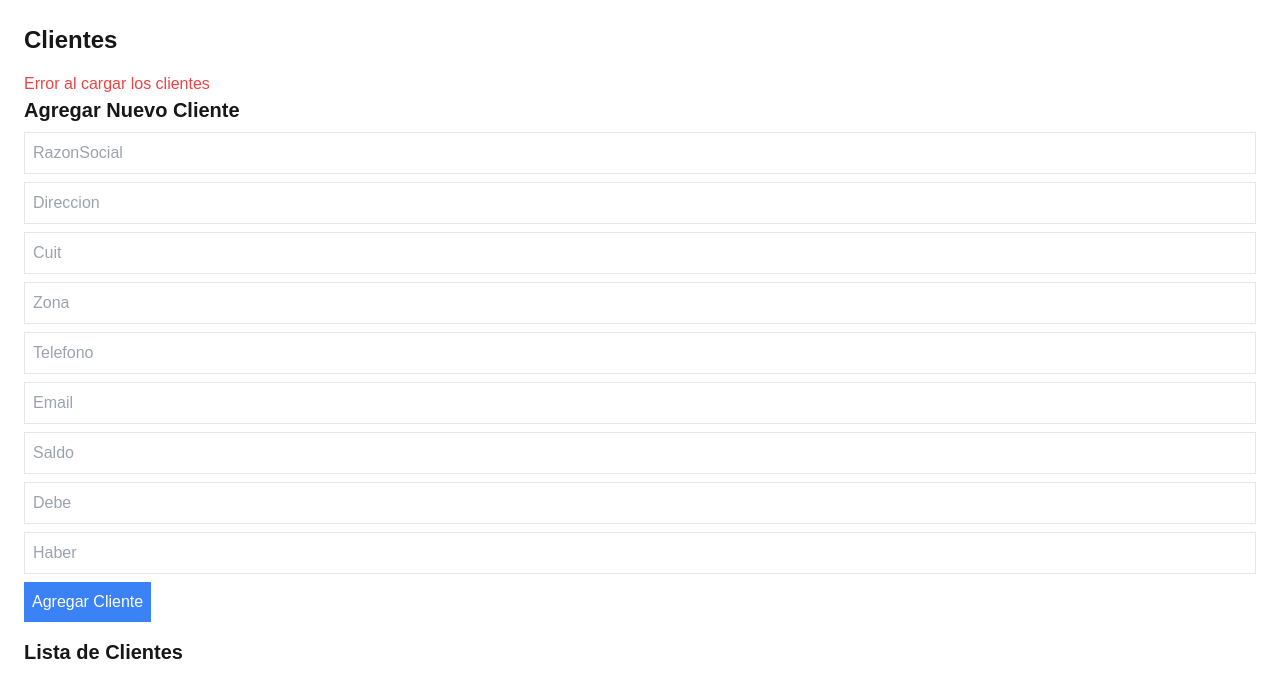
Repository: manucavallera/Sistema-Gestion
Page: /clientes
The author's editor kept a copy of each file at every save. The page is drawn from the files as they stood at one save, then again after the next save.
The browser window is 1280 px wide. The pictures show the whole page.
The page's requests for data from a server got no answer. The project was rebuilt for these pictures with package versions that can differ from the ones it lists, and the page was loaded fresh each time. The framework's server and built-in components were replaced by stand-ins that run in the browser. No one was signed in, and anything a server would have sent is missing. Also part of the build but not shown: next.config.mjs.

Above is the page before, as saved 2024-11-20 18:44:58.

### src/app/clientes/page.tsx
"use client"; // Asegúrate de que este es el primer código en el archivo

import { useEffect, useState } from "react";
import { useRouter } from "next/navigation";

interface Cliente {
  id: number;
  razonSocial: string;
  direccion: string;
  cuit: string;
  zona: string;
  telefono?: string;
  email?: string;
  saldo: number;
  debe: number;
  haber: number;
}

const ClientesPage = () => {
  const [clientes, setClientes] = useState<Cliente[]>([]);
  const [clienteActual, setClienteActual] = useState<Partial<Cliente> | null>(
    null
  );
  const [error, setError] = useState<string | null>(null);
  const [loading, setLoading] = useState<boolean>(false); // Estado de carga

  useEffect(() => {
    const fetchClientes = async () => {
      setLoading(true); // Inicia la carga
      try {
        const response = await fetch("/api/clientes");
        if (!response.ok) throw new Error("Error al obtener clientes");
        setClientes(await response.json());
      } catch (error) {
        console.error(error);
        setError("Error al cargar los clientes");
      } finally {
        setLoading(false); // Finaliza la carga
      }
    };

    fetchClientes();
  }, []);

  const handleSubmit = async (e: React.FormEvent) => {
    e.preventDefault();
    setError(null);

    const method = clienteActual?.id ? "PUT" : "POST";
    const url = clienteActual?.id
      ? `/api/clientes/${clienteActual.id}`
      : "/api/clientes";

    try {
      const response = await fetch(url, {
        method,
        headers: { "Content-Type": "application/json" },
        body: JSON.stringify(clienteActual),
      });

      if (!response.ok)
        throw new Error(
          await response
            .json()
            .then((data) => data.error || "Error al guardar el cliente")
        );

      const clienteGuardado = await response.json();
      setClientes((prev) =>
        method === "POST"
          ? [...prev, clienteGuardado]
          : prev.map((cliente) =>
              cliente.id === clienteGuardado.id ? clienteGuardado : cliente
            )
      );
      setClienteActual(null);
    } catch (error) {
      console.error(error);
      setError(error instanceof Error ? error.message : "Error desconocido");
    }
  };

  const eliminarCliente = async (id: number) => {
    if (confirm("¿Estás seguro de que deseas eliminar este cliente?")) {
      try {
        const response = await fetch(`/api/clientes/${id}`, {
          method: "DELETE",
        });
        if (!response.ok)
          throw new Error(
            await response
              .json()
              .then((data) => data.error || "Error al eliminar el cliente")
          );
        setClientes((prev) => prev.filter((cliente) => cliente.id !== id));
      } catch (error) {
        console.error(error);
        setError(error instanceof Error ? error.message : "Error desconocido");
      }
    }
  };

  const editarCliente = (cliente: Cliente) => setClienteActual(cliente);

  return (
    <div className='p-6'>
      <h1 className='text-2xl font-bold mb-4'>Clientes</h1>
      {error && <p className='text-red-500'>{error}</p>}
      {loading && <p>Cargando clientes...</p>} {/* Indicador de carga */}
      <h2 className='text-xl font-semibold mb-2'>
        {clienteActual ? "Editar Cliente" : "Agregar Nuevo Cliente"}
      </h2>
      <form onSubmit={handleSubmit} className='mb-4'>
        {[
          "razonSocial",
          "direccion",
          "cuit",
          "zona",
          "telefono",
          "email",
          "saldo",
          "debe",
          "haber",
        ].map((field, index) => (
          <input
            key={index}
            type={
              field === "saldo" || field === "debe" || field === "haber"
                ? "number"
                : field === "email"
                ? "email"
                : "text"
            }
            placeholder={field.charAt(0).toUpperCase() + field.slice(1)}
            value={clienteActual?.[field as keyof Cliente] || ""}
            onChange={(e) =>
              setClienteActual({
                ...clienteActual,
                [field]:
                  field === "saldo" || field === "debe" || field === "haber"
                    ? Number(e.target.value)
                    : e.target.value,
              })
            }
            required={field !== "telefono" && field !== "email"}
            className='border p-2 mb-2 w-full'
          />
        ))}
        <button type='submit' className='bg-blue-500 text-white p-2'>
          {clienteActual ? "Actualizar Cliente" : "Agregar Cliente"}
        </button>
      </form>
      <h2 className='text-xl font-semibold mb-2'>Lista de Clientes</h2>
      <ul>
        {clientes.map((cliente) => (
          <li
            key={cliente.id}
            className='flex justify-between items-center mb-2'
          >
            <div>
              <strong>{cliente.razonSocial}</strong> - {cliente.cuit} -{" "}
              {cliente.zona} - Teléfono: {cliente.telefono} - Saldo: $
              {cliente.saldo} - Debe: ${cliente.debe} - Haber: ${cliente.haber}
            </div>
            <div>
              <button
                onClick={() => editarCliente(cliente)}
                className='bg-yellow-500 text-white p-1 mr-2'
              >
                Editar
              </button>
              <button
                onClick={() => eliminarCliente(cliente.id)}
                className='bg-red-500 text-white p-1'
              >
                Eliminar
              </button>
            </div>
          </li>
        ))}
      </ul>
    </div>
  );
};

export default ClientesPage;

Loaded but not shown: src/app/layout.tsx (common file); src/app/globals.css (common file); tailwind.config.ts (common file)

After the next save:
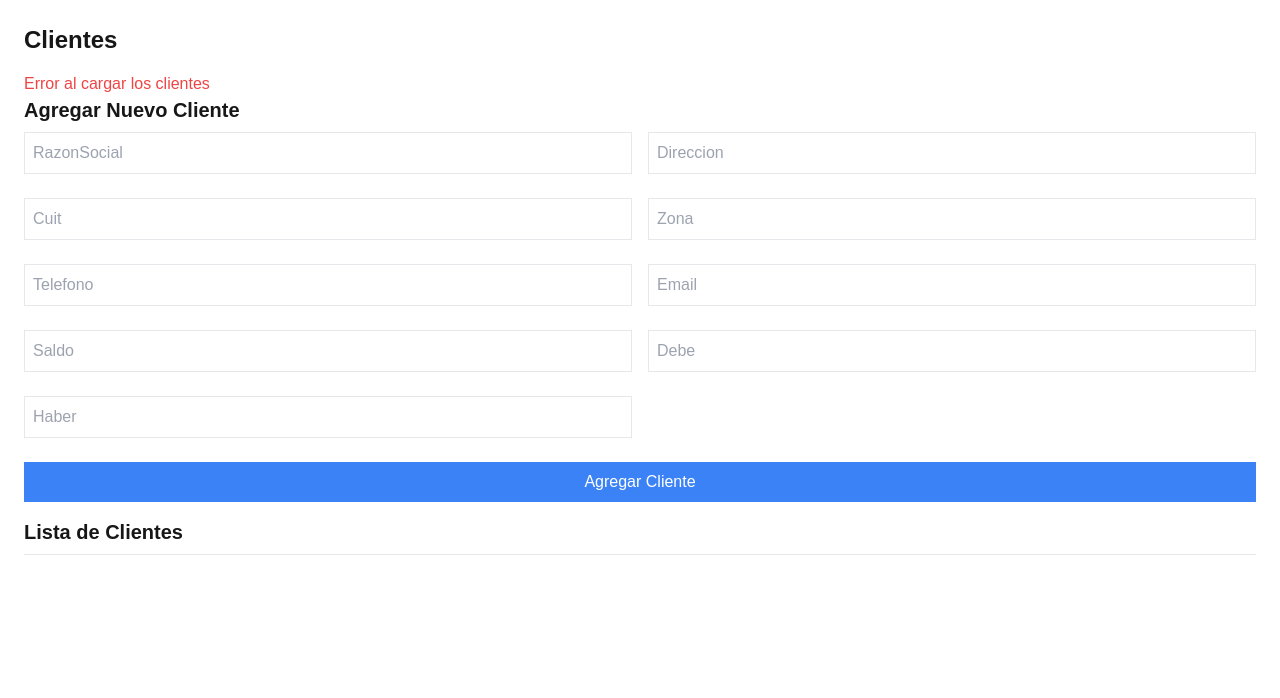
Saved 11 min 13 s later.
--- a/src/app/clientes/page.tsx
+++ b/src/app/clientes/page.tsx
@@ -110,7 +110,7 @@ const ClientesPage = () => {
       <h2 className='text-xl font-semibold mb-2'>
         {clienteActual ? "Editar Cliente" : "Agregar Nuevo Cliente"}
       </h2>
-      <form onSubmit={handleSubmit} className='mb-4'>
+      <form onSubmit={handleSubmit} className='mb-4 grid grid-cols-2 gap-4'>
         {[
           "razonSocial",
           "direccion",
@@ -146,39 +146,42 @@ const ClientesPage = () => {
             className='border p-2 mb-2 w-full'
           />
         ))}
-        <button type='submit' className='bg-blue-500 text-white p-2'>
+        <button type='submit' className='bg-blue-500 text-white p-2 col-span-2'>
           {clienteActual ? "Actualizar Cliente" : "Agregar Cliente"}
         </button>
       </form>
       <h2 className='text-xl font-semibold mb-2'>Lista de Clientes</h2>
-      <ul>
-        {clientes.map((cliente) => (
-          <li
-            key={cliente.id}
-            className='flex justify-between items-center mb-2'
-          >
-            <div>
-              <strong>{cliente.razonSocial}</strong> - {cliente.cuit} -{" "}
-              {cliente.zona} - Teléfono: {cliente.telefono} - Saldo: $
-              {cliente.saldo} - Debe: ${cliente.debe} - Haber: ${cliente.haber}
-            </div>
-            <div>
-              <button
-                onClick={() => editarCliente(cliente)}
-                className='bg-yellow-500 text-white p-1 mr-2'
-              >
-                Editar
-              </button>
-              <button
-                onClick={() => eliminarCliente(cliente.id)}
-                className='bg-red-500 text-white p-1'
-              >
-                Eliminar
-              </button>
-            </div>
-          </li>
-        ))}
-      </ul>
+      <form className='grid grid-cols-1 gap-4'>
+        <ul className='border-t'>
+          {clientes.map((cliente) => (
+            <li
+              key={cliente.id}
+              className='flex justify-between items-center mb-2 border-b py-2'
+            >
+              <div className='flex-1'>
+                <strong>{cliente.razonSocial}</strong> - {cliente.cuit} -{" "}
+                {cliente.zona} - Teléfono: {cliente.telefono} - Saldo: $
+                {cliente.saldo} - Debe: ${cliente.debe} - Haber: $
+                {cliente.haber}
+              </div>
+              <div>
+                <button
+                  onClick={() => editarCliente(cliente)}
+                  className='bg-yellow-500 text-white p-1 mr-2'
+                >
+                  Editar
+                </button>
+                <button
+                  onClick={() => eliminarCliente(cliente.id)}
+                  className='bg-red-500 text-white p-1'
+                >
+                  Eliminar
+                </button>
+              </div>
+            </li>
+          ))}
+        </ul>
+      </form>
     </div>
   );
 };
